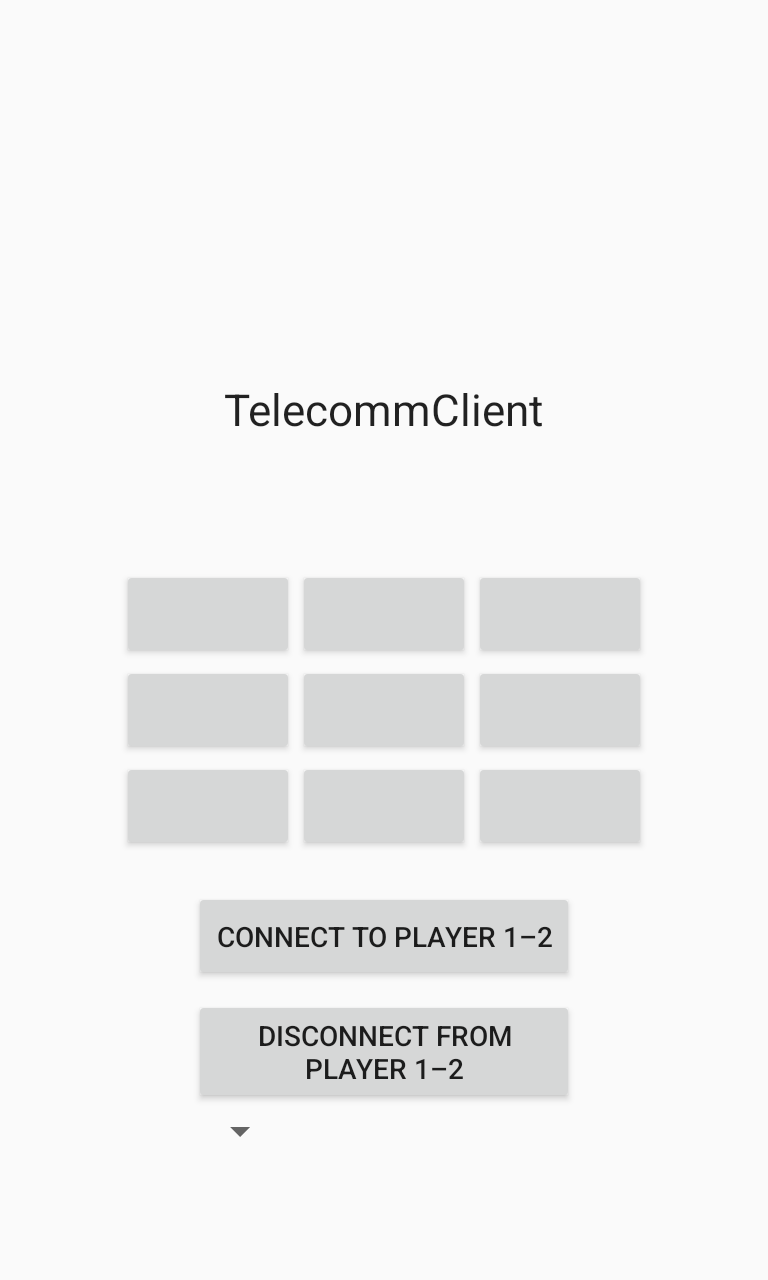
Repository: BananaGames/telecommProject
Layout: client/TelecommClient/res/layout/activity_main.xml
An editor plug-in stored every save of this project. The layout is shown before and after the next save, followed by the edit.
It is drawn on a 768 x 1280 px phone screen (xhdpi) without system bars, with theme AppTheme; the app's code is not run.

Above is the layout before, as saved 2014-11-17 23:55:57.

After the next save:
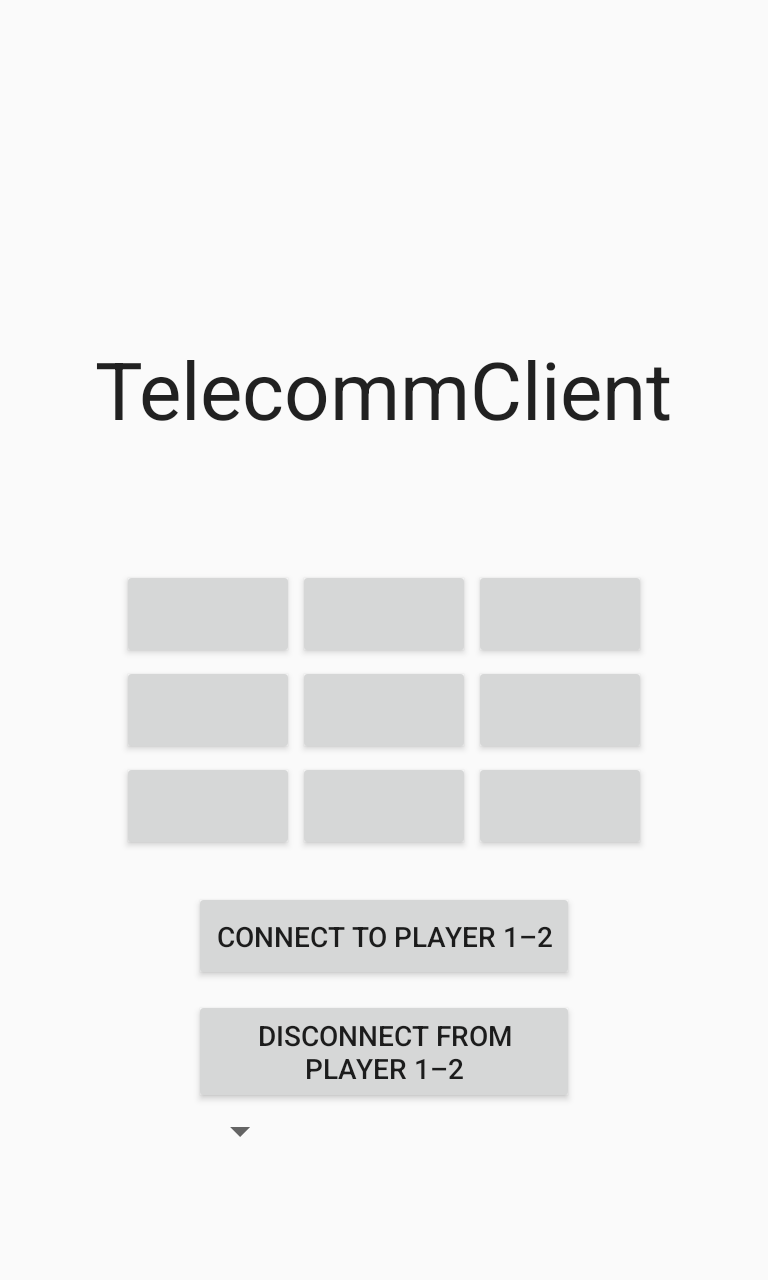
Saved 91 s later.
--- a/client/TelecommClient/res/layout/activity_main.xml
+++ b/client/TelecommClient/res/layout/activity_main.xml
@@ -112,8 +112,9 @@
         android:layout_height="wrap_content"
         android:layout_above="@+id/tableLayout1"
         android:layout_centerHorizontal="true"
-        android:layout_marginBottom="64dp"
+        android:layout_marginBottom="62dp"
         android:text="@string/app_name"
-        android:textAppearance="?android:attr/textAppearanceLarge" />
+        android:textAppearance="?android:attr/textAppearanceLarge"
+        android:textSize="40dp" />
 
 </RelativeLayout>
